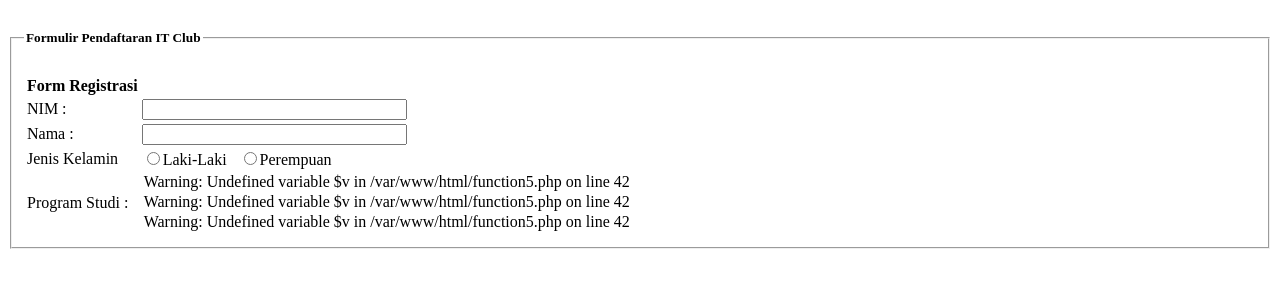
Repository: AHSANS354/Tugas-MSIB-5-GitHub
Page: http://localhost/function5.php
These files come from the project's save history. The page is drawn as it stood at one moment and after the next save; the edit follows.
The browser window is 1280 px wide. The pictures show the whole page.
The page is run by PHP 8.4 with error messages shown; the project is at /var/www/html/.

Above is the page before, as saved 2023-09-27 10:31:55.

### function5.php
<?php

$ar_prodi = ['SI'=>'Sistem Informasi', 'TI'=>'Teknik Informatika','TE'=>'Teknik Elektro'];
$ar_skill = ['HTML'=>10,'CSS'=>10,'Javascript'=>20,'PHP'=>30,'RWD'=>20,'Laravel'=>40,'MySQL'=>40];
$ar_domisili = ['Jakarta', 'Bandung','Surabaya','Malang','Bali','Surakarta','Lainnya'];

?>
<fieldset>
    <legend><h5 class="text-center">Formulir Pendaftaran IT Club</h5></legend>
    <table>
        <thead>
            <tr>
                <th>Form Registrasi</th>
            </tr>
        </thead>
        <tbody>
            <form action="" method="post">
                <tr>
                    <td>NIM : </td>
                    <td>
                        <input type="text" size="30">
                    </td>
                </tr>
                <tr>
                    <td>Nama : </td>
                    <td>
                        <input type="text" size="30">
                    </td>
                </tr>
                <tr>
                    <td>Jenis Kelamin</td>
                    <td>
                        <input type="radio" name="" id="" value="laki-laki">Laki-Laki &nbsp;
                        <input type="radio" name="" id="" value="perempuan">Perempuan
                    </td>
                </tr>
                <tr>
                    <td>Program Studi : </td>
                    <td>
                        <?php foreach ($ar_prodi as $prodi => $V) {
                            ?>
                            <option value="<?= $prodi ?>"><?= $v ?></option>
                        <?php } ?>
                    </td>
                </tr>
            </form>
        </tbody>
    </table>
</fieldset>

After the next save:
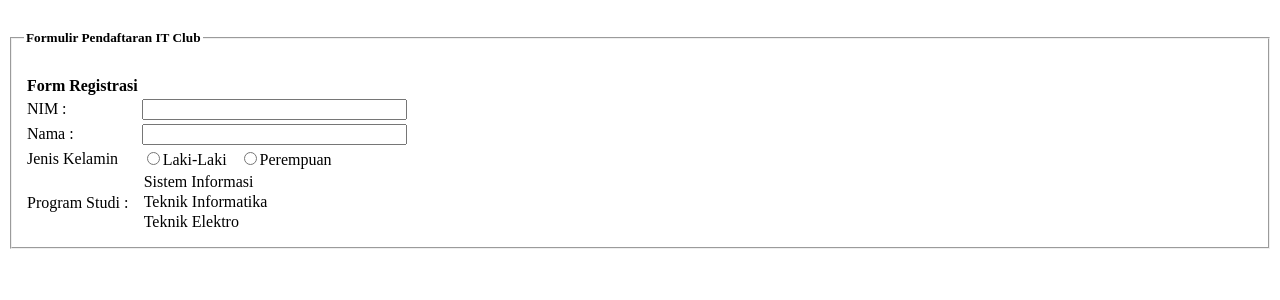
Saved 37 s later.
--- a/function5.php
+++ b/function5.php
@@ -37,7 +37,7 @@ $ar_domisili = ['Jakarta', 'Bandung','Surabaya','Malang','Bali','Surakarta','Lai
                 <tr>
                     <td>Program Studi : </td>
                     <td>
-                        <?php foreach ($ar_prodi as $prodi => $V) {
+                        <?php foreach ($ar_prodi as $prodi => $v) {
                             ?>
                             <option value="<?= $prodi ?>"><?= $v ?></option>
                         <?php } ?>
